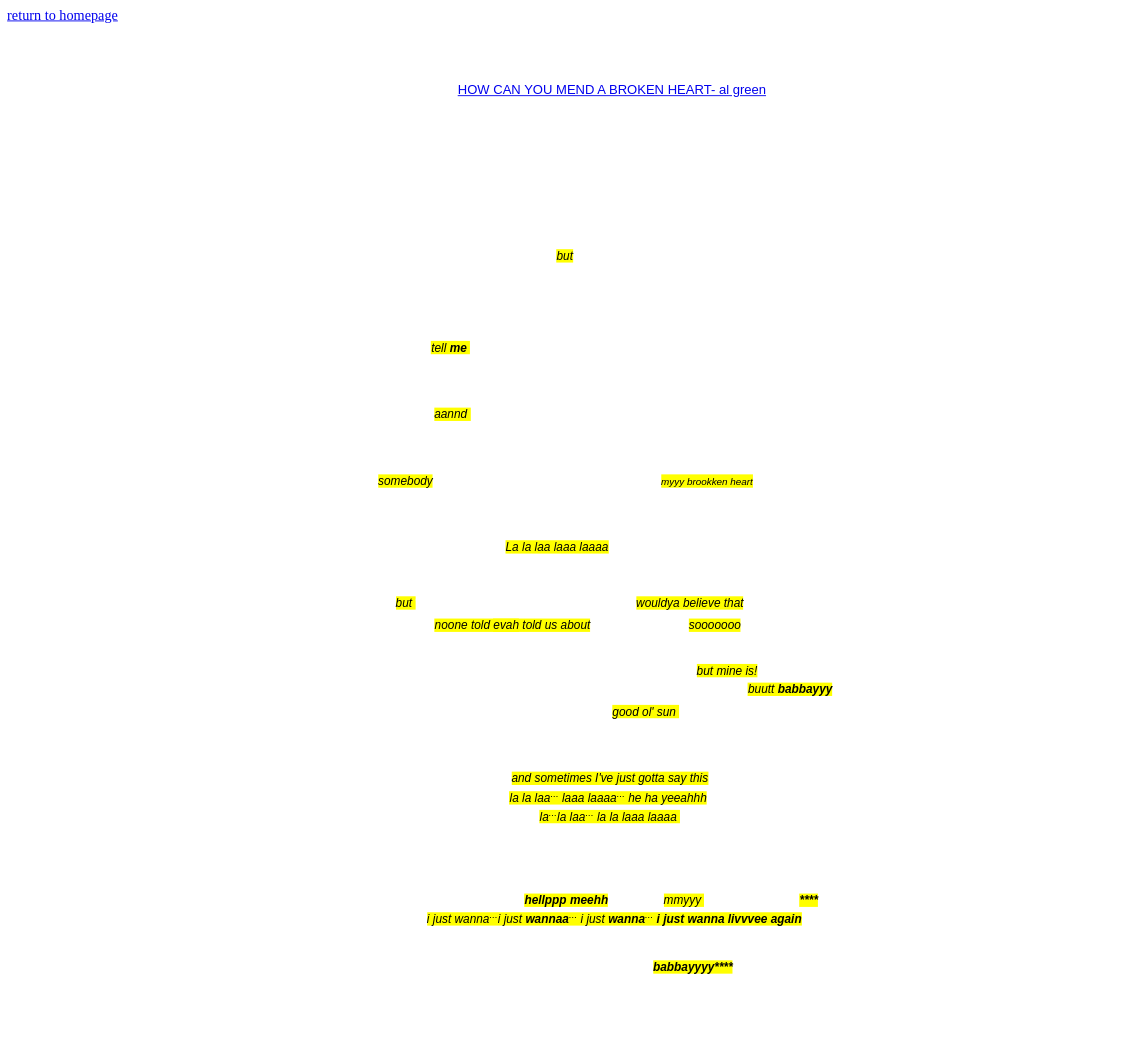
Repository: bradk647/bradk647.github.io
Page: HW.html
The author's editor kept a record of every edit. The page is drawn from the files as they stood at one moment, then again after the next edit.
The browser window is 1280 px wide. The pictures show the whole page, at 89% of full size.

Above is the page before.

### HW.html
<html>
    <head>
        <title>Work</title>
    </head>

         <!--<h2 style="color:#FFFFFF;margin-left:80px;font-family:Arial, Helvetica, sans-serif;font-size:30pt;"> <br /> LAB_</h2>-->
         <!--<body style="background-color:#1A1A1A">-->

         <!--<p style="color:#757575;margin-left:80px;font-family:Arial, Helvetica, sans-serif;font-size:10pt;"> -->
         <!--<em>my_composition</em><br /><br />-->


          <a href="../index.html">return to homepage</a>
          </p>


     <body>
    <br /><br />
        <center>
        <p style="color:white;margin-left:95px;font-size:11pt;font-family:Arial, Helvetica, sans-serif"><a href="https://www.youtube.com/watch?v=UgAFcvIw8J4">HOW CAN YOU MEND A BROKEN HEART- al green  </a></p><br /><br /><br />

        <p style="color:white;line-height:1.2em;font-size:10pt;font-family:Arial, Helvetica, sans-serif">
    <sup>......//......//......//......//......//......//<sub><sub>>>>>></sub>......//......//......//</sub><strong>****</strong>......//......//<strong>****<strong>****</strong></strong><sub>......//......//<sub>>>>>></sub>......//</sup><sub>>>>>></sub><sub>^^^^^</sub><sub>^^^^^</sub><br /><br />
    <strong></strong>i</strong> <small>can think of younger dayyss</small><sup>......//</sup><strong>when</strong> living for my life<sup>......//</sup><br />
    <strong>was</strong> everything<sup>......//</sup> <small>a man could want to do</small><sup>......//</sup><br />
    <strong>i</strong><sup>...</sup> could<sup>..</sup> <small>nevveer seeee tooomoorrrow</small><sup>......//</sup> <mark><em>but</em></mark> <small>  i was never told</small><sup>...</sup> about the soorrooww<sup>......//</sup><br />
    <sup>......//......//......//</sup>>>>>>></sub><br />


          <p style="color:white;line-height:1.2em;font-size:10pt;font-family:Arial, Helvetica, sans-serif">
    aaand<sup>...</sup> <strong>hoow</strong> <small>can you mend</small> a broken heeaart?<sup>......//</sup><br />
    <sup>......//</sup>how can you stop the <strong>rain</strong> from falling down?<sup>......//</sup><sub>>>>>></sub><br />
    <sup>......//</sup><mark><em>tell <strong>me </strong></em></mark>How can you stop<sup>......//</sup>the sun<sup>...</sup> from shining?<sup>......//</sup><br />
    what makes<sup>..</sup><small>the world</small><sup>..</sup> go round?<sup>......//</sup><br /><strong>****</strong><br /><br />
    <sup>......//</sup><mark><em>aannd </em></mark>How<sup>...</sup> <small>can you mend</small> a this broken maaannnn?<sup>......//</sup><br />
    <sup>......//</sup><small>how can a loooser</small> ever win?<sup>......//</sup><br /><br /><br />
    <em><mark>somebody</em></mark> <small>please help me</small><sup>...</sup> mend myyy brookken heart <mark><em><small>myyy brookken heart</small></em></mark><sup>...</sup><br /> andd let me live agaaiinn<sup>......//</sup><br />
    <br /><br />
    <mark><em>La la laa laaa laaaa</em></mark> <sup>......//</sup><br />
    <sup>......//</sup>i can still feel the breeze<sub>>>>>></sub>......// that <strong>rustles</strong> through the treeeees<sub>>>>>>></sub><br />
    <sup>......//</sup><strong>and</strong> misty memories... of days.. gone byyyyy<strong>****</strong><br />
    <mark><em>but </em></mark><strong>****</strong>We could never seee <small>tomooorrrrow</small><sub>>>>>></sub><mark><em>wouldya believe that</em></mark><br /> noone <mark><em>noone told <mark><em>evah</em></mark> told us about</em></mark> the sorrooww.<sup>......//</sup><mark><em>sooooooo</em></mark><br />
    </sup>>>>>>></sub><sup>......//......//......//</sup><strong>****</strong><strong>****</strong><sup>......//</sup><br />
        </p>

        <p style="color:white;margin-left:115px;line-height:1.2em;font-size:10pt;font-family:Arial, Helvetica, sans-serif">
    and how can you mend a broken heart? <mark><em>but mine is!</em></mark><br />
    <sup>......//</sup> <small>how can</small> you stop the raaiin... from falliinng down?<sub>>>>>></sub><sub>>>>>></sub><mark><em>buutt <strong>babbayyy</strong></em></mark><br />
    <sup>......//</sup><small>how can</small> you stop.. the sun <mark><em>good ol' sun </em></mark>from <strong>shininng?</strong> <sup>......//</sup><br /><br /><br />
    <sup>......//</sup> what makes the world goo round?<br />
    <mark><em>and sometimes I've just gotta say this</em></mark><sup>......//</sup><br />
    <mark><em>la la laa<sup>...</sup> laaa laaaa<sup>...</sup> he ha yeeahhh</em></mark> <sup>......//</sup><br/>
    <mark><em>la<sup>...</sup>la laa<sup>...</sup> la la laaa laaaa </em></mark> <sup>......//</sup><br/>
    <sup>......//</sup> <small>How can</small> you mend this broken man?<sup>......//</sup><br />
    how can a loser ever win?<br />
    </sup>>>>>>></sub><sup>......//......//......//</sup><strong>****</strong><strong>****</strong><sup>......//</sup><br />
        </p>

        <p style="color:white;margin-left:125px;line-height:1.2em;font-size:10pt;font-family:Arial, Helvetica, sans-serif">
    please help me<sup>...</sup> <mark><em><strong>hellppp meehh</strong></em></mark> mend my <mark><em>mmyyy </em></mark>broken heart <sup>......//</sup>
    <mark><em><strong>****</strong><br />i just wanna<sup>...</sup>i just <strong>wannaa</strong><sup>...</sup> i just <strong>wanna</strong><sup>...</sup> <strong>i just wanna livvvee again</strong></em></mark><sup>......//</sup><br /><br /><br />
    <sup>......//</sup><strong>****let me live again <mark><em>babbayyyy****</em></mark></strong><br /><br /><br />
    <sup>......//......//......//......//......//......//<sub><sub>>>>>></sub>......//......//......//</sub><strong>****</strong>......//......//<strong>****<strong>****</strong></strong><sub>......//......//<sub>>>>>></sub>......//</sup><sub>>>>>></sub><sub>^^^^^</sub><sub>^^^^^</sub><br />
    <sup>......//......//......//<sub><sub>>>>>></sub>......//......//</sub><strong>****</strong>......//......//<strong>****<strong>****</strong></strong><sub>......//......//<sub>>>>>></sub>......//</sup><sub>>>>>></sub><sub>^^^^^</sub><sub>^^^^^</sub><sub>>>>>></sub><br />
        </p>
        </center>


</body>

</html>

After the next edit:
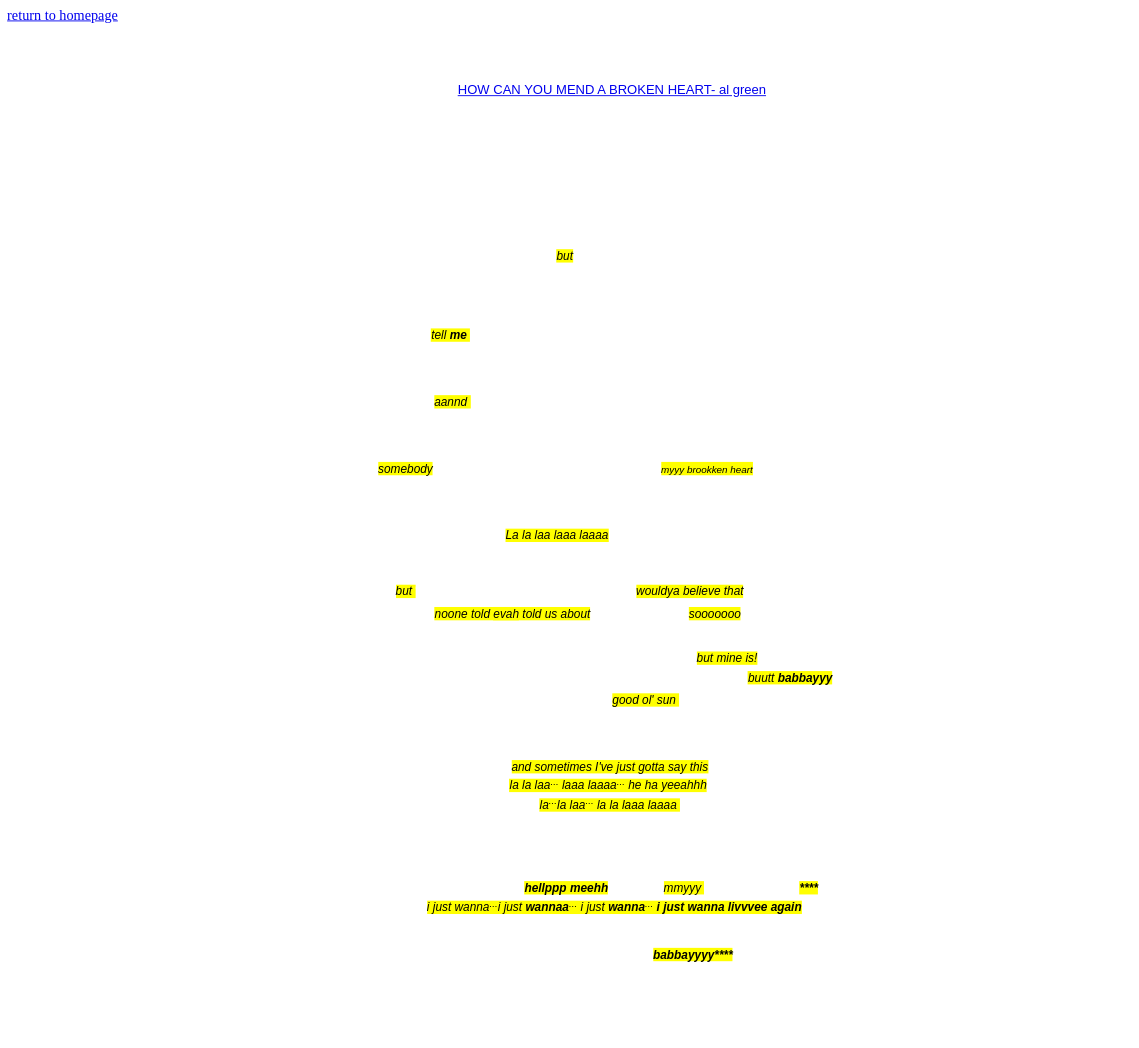
The edit:
--- a/HW.html
+++ b/HW.html
@@ -27,7 +27,7 @@
     <sup>......//......//......//</sup>>>>>>></sub><br />
 
 
-          <p style="color:white;line-height:1.2em;font-size:10pt;font-family:Arial, Helvetica, sans-serif">
+
     aaand<sup>...</sup> <strong>hoow</strong> <small>can you mend</small> a broken heeaart?<sup>......//</sup><br />
     <sup>......//</sup>how can you stop the <strong>rain</strong> from falling down?<sup>......//</sup><sub>>>>>></sub><br />
     <sup>......//</sup><mark><em>tell <strong>me </strong></em></mark>How can you stop<sup>......//</sup>the sun<sup>...</sup> from shining?<sup>......//</sup><br />
